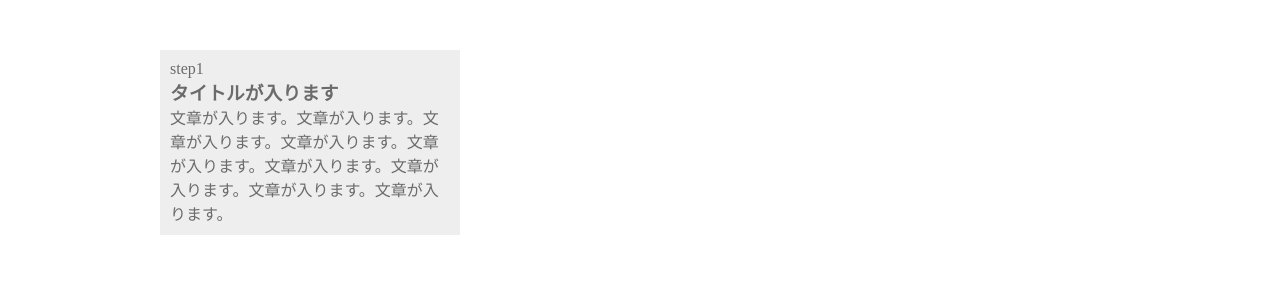
Repository: katayama-Web/html-practice
Page: chapter9_exercise/index9.html
The author's editor kept a record of every edit. The page is drawn from the files as they stood at one moment, then again after the next edit.
The browser window is 1280 px wide. The pictures show the whole page.

Above is the page before.

### chapter9_exercise/index9.html
<!DOCTYPE html>
<html lang="ja">
  <head>
    <meta charset="UTF-8">
    <link rel="stylesheet" href=style9.css>
  </head>

  <body>
    <main>
      <div class="content-box">
        <p>step1</p>
        <div class="content1">
          <h3>タイトルが入ります</h3>
          <p>文章が入ります。文章が入ります。文章が入ります。文章が入ります。文章が入ります。文章が入ります。文章が入ります。文章が入ります。文章が入ります。</p>
        </div></div>
      </div>
    </main>
  </body>

</html>

### chapter9_exercise/style9.css
* {
  margin: 0;
  padding: 0;
  box-sizing: border-box;
  color: #6c6b6b;
}

header {
  height: 50px;
  background-color: #ff9a4b;
}

main {
  width: 960px;
  margin: 50px auto;
  display: flex;
}

.content-box {
  width:300px;
  margin-right: 30px;
  padding: 10px;
  position: relative;
  background-color: #eee;
}

.content-box:last-child {
  margin-right: 0;
}

.content1-img {
  height:150px;
  background-image: url(/chapter9_exercise/img/flow01.png);
  background-size: cover;
  background-position: bottom;
}

After the next edit:
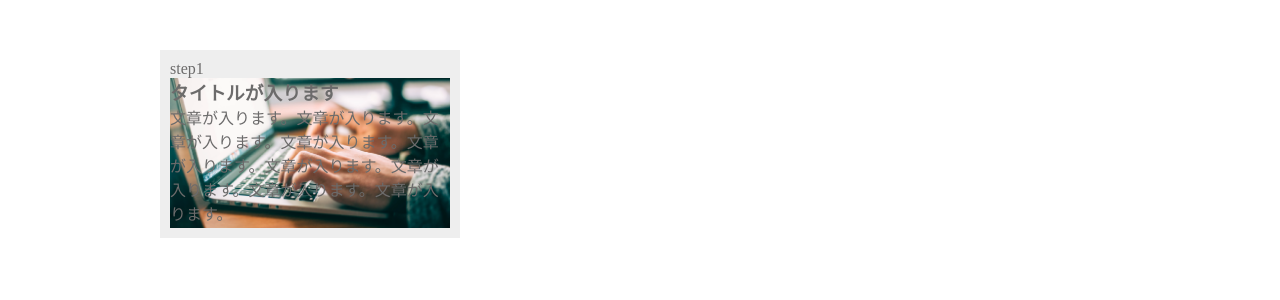
The edit:
--- a/chapter9_exercise/index9.html
+++ b/chapter9_exercise/index9.html
@@ -9,7 +9,7 @@
     <main>
       <div class="content-box">
         <p>step1</p>
-        <div class="content1">
+        <div class="content1-img">
           <h3>タイトルが入ります</h3>
           <p>文章が入ります。文章が入ります。文章が入ります。文章が入ります。文章が入ります。文章が入ります。文章が入ります。文章が入ります。文章が入ります。</p>
         </div></div>
